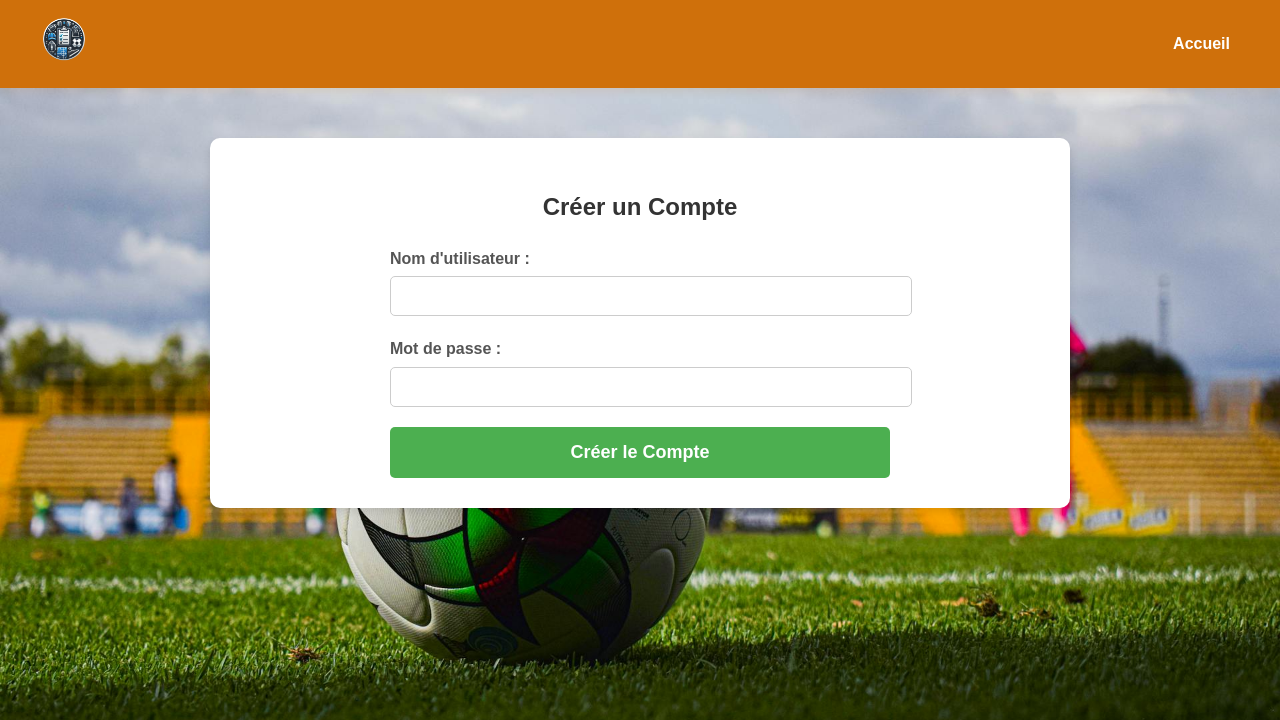
Repository: iisloomx/R401_MiniProjet
Page: http://localhost/controllers/InscriptionController.php
An editor plug-in stored every save of this project. The page is shown before and after the next save, followed by the edit.
The browser window is 1280 px wide. The pictures show the whole page.
The page is run by PHP 8.4 with error messages shown; the project is at /var/www/html/.

Above is the page before, as saved 2025-01-19 16:02:47.

### controllers/InscriptionController.php
<?php
/**
 * Contrôleur d'inscription
 *
 * Ce fichier gère l'inscription des nouveaux utilisateurs.
 * Il vérifie les données soumises, les insère dans la base de données si elles sont valides,
 * et redirige l'utilisateur en conséquence.
 */
if (session_status() === PHP_SESSION_NONE) {
    session_start();
}require_once '../config/database.php';
require_once '../models/Utilisateur.php';

if ($_SERVER["REQUEST_METHOD"] === "POST") {
    $database = new Database();
    $db = $database->getConnection();
    $utilisateur = new Utilisateur($db);

    // Récupération des données du formulaire
    $nom_utilisateur = trim($_POST['nom_utilisateur']);
    $mot_de_passe = $_POST['mot_de_passe'];

    // Vérifier si le nom d'utilisateur existe déjà
    if ($utilisateur->existeUtilisateur($nom_utilisateur)) {
        $erreur = "Le nom d'utilisateur existe déjà. Choisissez un autre nom.";
        require '../views/inscription.php';
    } else {
        // Ajouter un nouvel utilisateur avec un mot de passe haché
        if ($utilisateur->ajouterUtilisateur($nom_utilisateur, $mot_de_passe)) {
            header("Location: ../views/connexion.php?inscription=success"); // Redirection vers la page de connexion avec un message de succès
            exit();
        } else {
            $erreur = "Erreur lors de la création du compte.";
            require '../views/inscription.php';
        }
    }
} else {
    // Afficher le formulaire d'inscription si la méthode n'est pas POST
    require '../views/inscription.php';
}

### config/database.php
<?php
class Database {
    private $host = 'mysql-evalsport.alwaysdata.net';
    private $db_name = 'evalsport_gestion_equipe_football';
    private $username = 'evalsport';
    private $password = '@Cgt4._7rV_ayyU';
    public $conn;

    // Méthode pour établir la connexion
    public function getConnection() {
        $this->conn = null;

        try {
            // Création de la connexion PDO avec des options de sécurité
            $this->conn = new PDO("mysql:host=" . $this->host . ";dbname=" . $this->db_name, $this->username, $this->password);
            $this->conn->exec("set names utf8");  // Définit l'encodage UTF-8
            $this->conn->setAttribute(PDO::ATTR_ERRMODE, PDO::ERRMODE_EXCEPTION);  // Active le mode d'erreur d'exception
            $this->conn->setAttribute(PDO::ATTR_EMULATE_PREPARES, false);  // Désactive l'émulation des requêtes préparées (meilleure sécurité)
        } catch (PDOException $exception) {
            echo "Erreur de connexion : " . $exception->getMessage();
        }

        return $this->conn;
    }
}
?>

### models/Utilisateur.php
<?php
require_once __DIR__ . '/../config/database.php';
// Modèle Utilisateur

class Utilisateur {
    private $conn;
    private $table_name = "utilisateur";

    public function __construct($db) {
        $this->conn = $db;
    }


    // Vérifie les informations de connexion d'un utilisateur
    public function verifierUtilisateur($nom_utilisateur, $mot_de_passe) {
        $query = "SELECT mot_de_passe
                  FROM " . $this->table_name . "
                  WHERE nom_utilisateur = :nom_utilisateur
                  LIMIT 1";
        $stmt = $this->conn->prepare($query);
        $stmt->bindParam(':nom_utilisateur', $nom_utilisateur, PDO::PARAM_STR);
        $stmt->execute();
        $row = $stmt->fetch(PDO::FETCH_ASSOC);

        // Vérifie le hash du mot de passe si la requête a renvoyé un résultat
        return $row && password_verify($mot_de_passe, $row['mot_de_passe']);
    }


    // Récupère un utilisateur par son ID (entier auto-incrémenté)
    public function getUtilisateurParId($id_utilisateur) {
        $query = "SELECT * FROM utilisateur WHERE id_utilisateur = :id_utilisateur LIMIT 1";
        $stmt = $this->conn->prepare($query);
        $stmt->bindParam(':id_utilisateur', $id_utilisateur, PDO::PARAM_INT);
        $stmt->execute();
        return $stmt->fetch(PDO::FETCH_ASSOC);
    }

     // Vérifie si un nom d'utilisateur existe déjà
    public function existeUtilisateur($nom_utilisateur) {
        $query = "SELECT id_utilisateur
                  FROM " . $this->table_name . "
                  WHERE nom_utilisateur = :nom_utilisateur
                  LIMIT 1";
        $stmt = $this->conn->prepare($query);
        $stmt->bindParam(':nom_utilisateur', $nom_utilisateur, PDO::PARAM_STR);
        $stmt->execute();

        // Retourne true si on a trouvé un enregistrement, false sinon
        return ($stmt->fetch(PDO::FETCH_ASSOC) !== false);
    }


     // Ajoute un nouvel utilisateur avec un mot de passe haché

    public function ajouterUtilisateur($nom_utilisateur, $mot_de_passe) {
        $query = "INSERT INTO " . $this->table_name . "
                  (nom_utilisateur, mot_de_passe)
                  VALUES (:nom_utilisateur, :mot_de_passe)";
        $stmt = $this->conn->prepare($query);

        // Hachage du mot de passe pour la sécurité
        $mot_de_passe_hache = password_hash($mot_de_passe, PASSWORD_DEFAULT);

        $stmt->bindParam(':nom_utilisateur', $nom_utilisateur, PDO::PARAM_STR);
        $stmt->bindParam(':mot_de_passe', $mot_de_passe_hache, PDO::PARAM_STR);

        return $stmt->execute();
    }
    public function updatePassword($id_utilisateur, $hashed_password) {
        try {

            $id_utilisateur = (int) $id_utilisateur;

            $query = "UPDATE utilisateur SET mot_de_passe = :mot_de_passe WHERE id_utilisateur = :id_utilisateur";
            $stmt = $this->conn->prepare($query);

            $stmt->bindParam(':mot_de_passe', $hashed_password, PDO::PARAM_STR);
            $stmt->bindParam(':id_utilisateur', $id_utilisateur, PDO::PARAM_INT);

            if ($stmt->execute()) {
                return true;
            } else {
                $errorInfo = $stmt->errorInfo();
                throw new Exception("Database error: " . $errorInfo[2]);
            }
        } catch (Exception $e) {

            error_log($e->getMessage());
            return false;
        }
    }


}

### views/inscription.php
<?php require_once 'header.php'; ?>
<!DOCTYPE html>
<html lang="fr">
<head>
    <meta charset="UTF-8">
    <meta name="viewport" content="width=device-width, initial-scale=1.0">
    <title>Inscription</title>
    <link rel="stylesheet" href="/MiniprojetR3.01/views/css/style.css">
</head>
<body>
    <div class="container">
        <h2>Créer un Compte</h2>
        <?php if (isset($erreur)) : ?>
            <p class="error-message"><?= htmlspecialchars($erreur) ?></p>
        <?php endif; ?>
        <form action="../controllers/InscriptionController.php" method="POST">
            <label for="nom_utilisateur">Nom d'utilisateur :</label>
            <input type="text" name="nom_utilisateur" id="nom_utilisateur" required>

            <label for="mot_de_passe">Mot de passe :</label>
            <input type="password" name="mot_de_passe" id="mot_de_passe" required>

            <button type="submit">Créer le Compte</button>
        </form>
    </div>
</body>
</html>

### views/header.php
<!DOCTYPE html>
<html lang="fr">
<head>
    <meta charset="UTF-8">
    <title>Tableau de Bord</title>
    <link rel="stylesheet" href="/MiniprojetR3.01/views/css/style.css">

</head>
<body>
    <header class="main-header">
        <div class="logo">
            <a href="/MiniprojetR3.01/views/dashboard.php"><img src="../img/logo.PNG" alt="Logo" /></a>
        </div>

        <nav class="nav-links">
            <a href="/MiniprojetR3.01/views/dashboard.php">Accueil</a>
            <?php if (isset($_SESSION['utilisateur'])) : ?>

                    <a href="../controllers/JoueursController.php?action=liste">Joueurs</a>
                    <a href="../controllers/MatchsController.php?action=liste  ">Matchs</a>
                    <a href="../controllers/StatistiquesController.php?action=index">Statistiques</a>

                <a href="../controllers/MonCompteController.php?action=afficher" class="btn btn-account">Mon Compte</a>
                <a href="/MiniprojetR3.01/controllers/DeconnexionController.php" class="btn-logout">Déconnexion</a>
            <?php endif; ?>
        </nav>
    </header>
</body>
</html>

### views/css/style.css
/* Global Styles */
body {
    background: url('../img/BGROUND.jpg') no-repeat center center fixed;
    background-size: cover;
    font-family: Arial, sans-serif;
    margin: 0;
    padding: 0;
    line-height: 1.6;
    color: #333;
}

/* Header Styles */
.main-header {
    display: flex;
    align-items: center;
    justify-content: space-between;
    background-color: #cf700b;
    padding: 15px 30px;
    color: #fff;
    box-shadow: 0 4px 8px rgba(216, 117, 12, 0.1);
    position: sticky;
    top: 0;
    z-index: 1000;
}

.dropdown {
    position: relative;
    display: inline-block;
}

.dropdown-content {
    display: none;
    position: absolute;
    background-color: #f9f9f9;
    min-width: 160px;
    box-shadow: 0px 8px 16px 0px rgba(0,0,0,0.2);
    z-index: 1;
}

.dropdown-content a {
    color: black;
    padding: 12px 16px;
    text-decoration: none;
    display: block;
}



.logo img {
    height: 50px;
}

.nav-links {
    display: flex;
    align-items: center;
}

.nav-links a {
    color: #fff;
    text-decoration: none;
    font-weight: bold;
    margin-left: 20px;
    padding: 10px 20px;
    border-radius: 5px;
    transition: background-color 0.3s ease, color 0.3s ease, transform 0.2s ease;
}

.nav-links a:hover {
    background-color: #f4a261;
    color: #333;
    transform: scale(1.05);
}

.table-container {
    max-width: 800px;
    margin: 50px auto;
    background-color: #fff;
    padding: 30px;
    border-radius: 10px;
    box-shadow: 0 4px 8px rgba(0,0,0,0.1);
    text-align: center;
}

.table-container-feuille {
    display: flex; /* Enable flexbox */
    flex-direction: column; /* Stack items vertically */
    align-items: center; /* Center horizontally */
    justify-content: center; /* Center vertically */
    min-height: 100vh; /* Ensure it takes at least the full viewport height */
}


table {
    border-collapse: collapse;
    width: auto; /* Adjust table width to its content */
    margin: 20px 0; /* Add some space above and below the table */
}

table th, table td {
    border: 1px solid #ddd; /* Add a border to table cells */
    padding: 8px; /* Add some padding inside the cells */
    text-align: left; /* Align text to the left */
}

table th {
    background-color: #f4f4f4; /* Light gray background for headers */
    font-weight: bold;
}

.table-wrapper {
    max-width: 90%; /* Set a maximum width for the table container */
    max-height: 400px; /* Set a maximum height for the table container */
    overflow: auto; /* Add horizontal and vertical scrollbars when needed */
    border: 1px solid #ddd; /* Optional: Border around the scrollable area */
    border-radius: 5px; /* Optional: Rounded corners */
}


/* Container Styles */
.container {
    max-width: 800px;
    margin: 50px auto;
    padding: 30px;
    background-color: #fff;
    border-radius: 10px;
    box-shadow: 0 4px 8px rgba(0, 0, 0, 0.1);
    text-align: center;
}

/* Page Titles */
.container h1 {
    font-size: 32px;
    color: #333;
    margin-bottom: 20px;
}

/* --- AJOUT : Style du bouton "Ajouter un Match" --- */
.btn-add-match {
    display: inline-block;
    background-color: #4CAF50;
    color: #fff;
    font-weight: bold;
    text-decoration: none;
    padding: 10px 20px;
    border-radius: 5px;
    margin: 0 auto 20px auto;
    transition: background-color 0.3s ease, transform 0.2s ease;
}

.btn-add-match:hover {
    background-color: #45a049;
    transform: scale(1.05);
}

/* Pour forcer la couleur même si lien "visité" */
.btn-add-match:visited {
    color: #fff;
}

/* Forms */
form {
    width: 100%;
    max-width: 500px;
    margin: 0 auto;
    text-align: left;
}

form label {
    font-size: 16px;
    font-weight: bold;
    color: #555;
    display: block;
    margin-bottom: 5px;
}

form input[type="text"],
form input[type="number"],
form input[type="date"],
form input[type="password"],
form select {
    width: 100%;
    padding: 10px;
    margin-bottom: 20px;
    border: 1px solid #ccc;
    border-radius: 5px;
    font-size: 16px;
    transition: border-color 0.3s ease, box-shadow 0.3s ease;
}

form input[type="text"]:focus,
form input[type="number"]:focus,
form input[type="date"]:focus,
form input[type="password"]:focus {
    border-color: #4CAF50;
    box-shadow: 0 0 8px rgba(76, 175, 80, 0.5);
    outline: none;
}

form button {
    width: 100%;
    padding: 15px;
    background-color: #4CAF50;
    border: none;
    border-radius: 5px;
    color: white;
    font-size: 18px;
    font-weight: bold;
    cursor: pointer;
    transition: background-color 0.3s ease, transform 0.2s ease;
}

form button:hover {
    background-color: #45a049;
    transform: scale(1.05);
}


/* Table Styles */
.styled-table {
    width: 100%;
    border-collapse: collapse;
    margin-top: 20px;
    font-size: 16px;
    text-align: left; /* Changed from center to left */
    table-layout: fixed; /* Added to fix table layout */
}

.styled-table th,
.styled-table td {
    padding: 15px;
    border: 1px solid #ddd;
    word-wrap: break-word;
    white-space: normal;
}

.styled-table th {
    background-color: #f4a261;
    color: white;
    font-weight: bold;
}

.styled-table tr:nth-child(even) {
    background-color: #f9f9f9;
}

.styled-table tr:hover {
    background-color: #f1f1f1;
}

/* Links in Table */
.styled-table a {
    text-decoration: none;
    font-weight: bold;
    color: #fff;
    padding: 5px 10px;
    border-radius: 5px;
    transition: background-color 0.3s ease, color 0.3s ease, transform 0.2s ease;
}

.styled-table a:hover {
    background-color: #4CAF50;
    color: white;
    transform: scale(1.05);
}

/* Buttons for Add/Edit/Delete */
.btn {
    display: inline-block;
    padding: 10px 20px;
    font-size: 16px;
    font-weight: bold;
    color: white;
    text-decoration: none;
    border-radius: 5px;
    margin: 10px 5px;
    transition: background-color 0.3s ease, transform 0.2s ease;
}

.btn:hover {
    transform: scale(1.05);
}

.btn-add {
    background-color: #4CAF50; /* Green */
}

.btn-add:hover {
    background-color: #45a049;
}

.btn-add-commentaire {
    background-color: #4CAF50; /* Green */
}

.btn-add-commentaire:hover {
    background-color: #45a049;
}

.btn-add-joueur, .btn-gestmatch, .btn-gestjou, .btngest-match {
    background-color: #4CAF50; /* Green */
}
.btn-deco {
    background-color: #e74c3c; /* Red */
}

.btn-add-joueur:hover {
    background-color: #45a049;

.btn-feuille {
    background-color: #d6d65b; /* Green */
}

.btn-feuille:hover {
    background-color: #b2b24e; /* Green */
}

.btn-edit .btn-create-compte {
    background-color: #3498db; /* Blue */
}

.btn-edit:hover {
    background-color: #2980b9;
}

.btn-delete, .btn-deco {
    background-color: #e74c3c; /* Red */
}

.btn-delete:hover, .btn-deco:hover {
    background-color: #c0392b;
}

.btn-back {
    background-color: #9b59b6; /* Purple */
}

.btn-back:hover {
    background-color: #8e44ad;
}

.btn-stat {
    background-color: #12c2f3;
}

.btn-stat:hover {
    background-color: #22a1e6; /* Orange plus foncé */
    transform: scale(1.05);
}

/* Pour garantir une bonne apparence si un lien "visité" */
.btn-stat:visited {
    color:#22a1e6;
}


/* Footer Styles */
.main-footer {
    display: flex;
    align-items: center;
    justify-content: center;
    background-color: #cf700b;
    padding: 15px 30px;
    color: #fff;
    height: 60px;
    margin-top: 50px;
}

/* Footer Links */
.footer-links a {
    color: #fff;
    text-decoration: none;
    font-weight: bold;
}

.footer-links a:hover {
    text-decoration: underline;
}

/* Form Error Message */
.error-message {
    color: red;
    font-size: 16px;
    margin-bottom: 15px;
    text-align: center;
}

/* Responsive Styles */
@media (max-width: 600px) {
    .container {
        width: 90%;
        margin: 20px auto;
        padding: 20px;
    }

    .styled-table {
        font-size: 14px;
    }

    form input,
    form button {
        font-size: 14px;
    }
}

/* Link to Create Account */
.create-account-link {
    color: #4CAF50;
    font-weight: bold;
    text-decoration: none;
    margin-top: 20px;
    display: inline-block;
    transition: color 0.3s ease, transform 0.2s ease;
}

.create-account-link:hover {
    color: #45a049;
    text-decoration: underline;
    transform: scale(1.05);
}

.create-account-container {
    text-align: center;
    margin-top: 20px;
    font-size: 16px;
    color: #333;
}

.form-container h2 {
    font-size: 28px;
    margin-bottom: 20px;
    color: #333;
    text-align: center;
}

/* Dashboard Container */
.dashboard-container {
    text-align: center;
    margin-top: 50px;
    padding: 30px;
    background-color: #fff;
    border-radius: 10px;
    box-shadow: 0 4px 8px rgba(0, 0, 0, 0.1);
    max-width: 600px;
    margin-left: auto;
    margin-right: auto;
}

/* Dashboard Title */
.dashboard-container h1 {
    font-size: 32px;
    color: #333;
    margin-bottom: 20px;
}

/* Dashboard Paragraph */
.dashboard-container p {
    font-size: 18px;
    color: #555;
    margin-bottom: 30px;
}

/* Navigation Links */
.dashboard-container nav ul {
    list-style: none;
    padding: 0;
    margin: 0;
}

.dashboard-container nav ul li {
    margin: 10px 0;
}

.dashboard-container nav ul li a {
    display: inline-block;
    font-size: 18px;
    font-weight: bold;
    text-decoration: none;
    color: #fff;
    background-color: #4CAF50;
    padding: 10px 20px;
    border-radius: 5px;
    transition: background-color 0.3s ease, transform 0.2s ease;
}

.dashboard-container nav ul li a:hover {
    background-color: #45a049;
    transform: scale(1.05);
}

/* Déconnexion Button */
.dashboard-container nav ul li a.deconnexion {
    background-color: #e74c3c;
}

.dashboard-container nav ul li a.deconnexion:hover {
    background-color: #c0392b;
}

/* Styles pour les boutons radio et leurs labels */
.radio-group {
    display: flex;
    flex-wrap: wrap;
    gap: 10px;
    margin-top: 10px;
}

.radio-group label {
    display: inline-flex;
    align-items: center;
    font-size: 16px;
    color: #555;
    cursor: pointer;
    margin-right: 15px;
}

.radio-group input[type="radio"] {
    margin-right: 5px;
    cursor: pointer;
    width: 16px;
    height: 16px;
    vertical-align: middle;
}

.error-message {
    color: red;
    font-size: 14px;
    margin-top: 10px;
}

.success-message {
    color: green;
    font-size: 14px;
    margin-top: 10px;
}

.no-data {
    color: #555;
    font-size: 16px;
    margin-top: 20px;
}

}

.btn-edit {
    background-color: #3498db; /* Blue */
}

.btn-delete {
    background-color: #e74c3c; /* Red */
}

/* orange */
.btn-back {
    background-color: #e49f13;
}

After the next save:
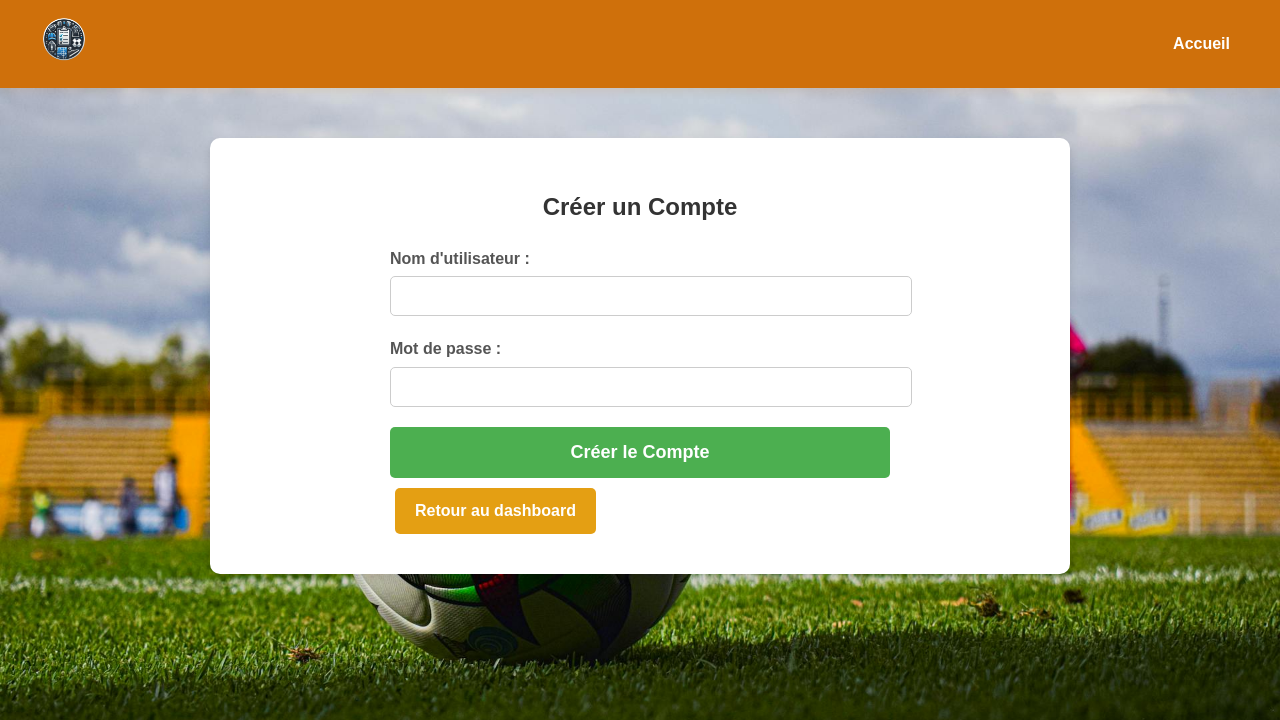
Saved 105 s later.
--- a/views/inscription.php
+++ b/views/inscription.php
@@ -21,6 +21,8 @@
             <input type="password" name="mot_de_passe" id="mot_de_passe" required>
 
             <button type="submit">Créer le Compte</button>
+            <a href="dashboard.php" class="btn btn-back">Retour au dashboard</a>
+
         </form>
     </div>
 </body>
